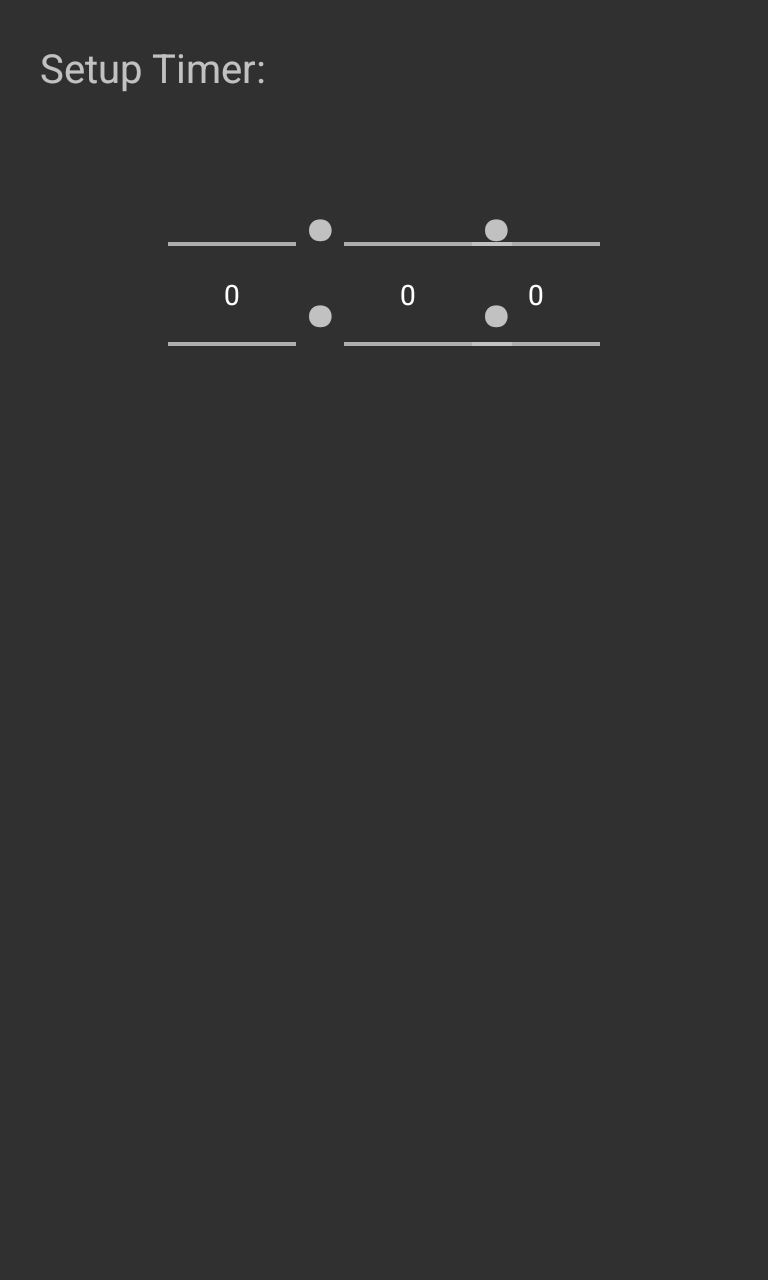
Repository: deanzaka/Shroom-Smart-Terminal
Layout: IOIOShroomST/res/layout/timer.xml
These files come from the project's save history. The layout is drawn as it stood at one moment and after the next save; the edit follows.
It is drawn on a 768 x 1280 px phone screen (xhdpi) without system bars, with theme Theme.AppCompat; the app's code is not run.

Above is the layout before, as saved 2014-11-18 10:18:02.

### IOIOShroomST/res/layout/timer.xml
<?xml version="1.0" encoding="utf-8"?>
<LinearLayout xmlns:android="http://schemas.android.com/apk/res/android"
    android:orientation="vertical"
    android:layout_width="fill_parent"
    android:layout_height="fill_parent">

    <TextView
        android:layout_width="wrap_content"
        android:layout_height="wrap_content"
        android:text="@string/timer_setup_label"
        android:textSize="20sp"
        android:paddingTop="20dp"
        android:paddingLeft="20dp"/>

    <RelativeLayout
	    android:layout_width="fill_parent"
	    android:layout_height="wrap_content"
	    android:gravity="center_horizontal"
	    android:paddingTop="10dp">

	    <NumberPicker
		    android:id="@+id/userHour"
		    android:layout_width="wrap_content"
		    android:layout_height="wrap_content" />

	    <TextView
	        android:id="@+id/sep1"
	        android:layout_width="wrap_content"
	        android:layout_height="wrap_content"
	        android:text=":"
	        android:textSize="100sp"
	        android:layout_toRightOf="@id/userHour"/>

	    <NumberPicker
		    android:id="@+id/userMin"
		    android:layout_width="wrap_content"
		    android:layout_height="wrap_content"
		    android:layout_toRightOf="@id/sep1"/>

	    <TextView
	        android:id="@+id/sep2"
	        android:layout_width="wrap_content"
	        android:layout_height="wrap_content"
	        android:text=":"
	        android:textSize="100sp"
	        android:layout_toRightOf="@id/userMin"/>

	    <NumberPicker
		    android:id="@+id/userSec"
		    android:layout_width="wrap_content"
		    android:layout_height="wrap_content"
		    android:paddingLeft="20dp"
		    android:layout_toRightOf="@id/userMin"/>

	</RelativeLayout>

</LinearLayout>

### IOIOShroomST/res/values/strings.xml
<?xml version="1.0" encoding="utf-8"?>
<resources>

    <string name="app_name">Shroom - Smart Outlet</string>
    <string name="terminal_1">Plug 1</string>
    <string name="terminal_2">Plug 2</string>
    <string name="terminal_3">Plug 3</string>
    <string name="lamp">Lamp</string>
    <string name="light_label">Light intensity: </string>
    <string name="light_setup_label">Light setup: </string>
    <string name="temp_label">Temperature: </string>
    <string name="temp_setup_label">Temperature setup: </string>
    <string name="timer_setup_label">Setup Timer: </string>
    <string name="cel_label">celcius</string>
    <string name="lux_label">lux</string>
    <string name="auto_label">Auto Mode</string>
    <string name="action_sensors">Sensors</string>
    <string name="action_settings">Setting</string>
    <string name="action_timer">Timer</string>
    <string name="yes_answer">Yes</string>
    <string name="no_answer">No</string>
    <string name="title_activity_settings">Settings</string>
    <string name="hello_world">Hello world!</string>
    <string name="title_activity_sensors">Sensors</string>
    <string name="light_sensor">Light</string>
    <string name="temp_sensor">Temp</string>
    <string name="timer">Timer</string>
    <string name="title_activity_timer">Timer</string>

</resources>

After the next save:
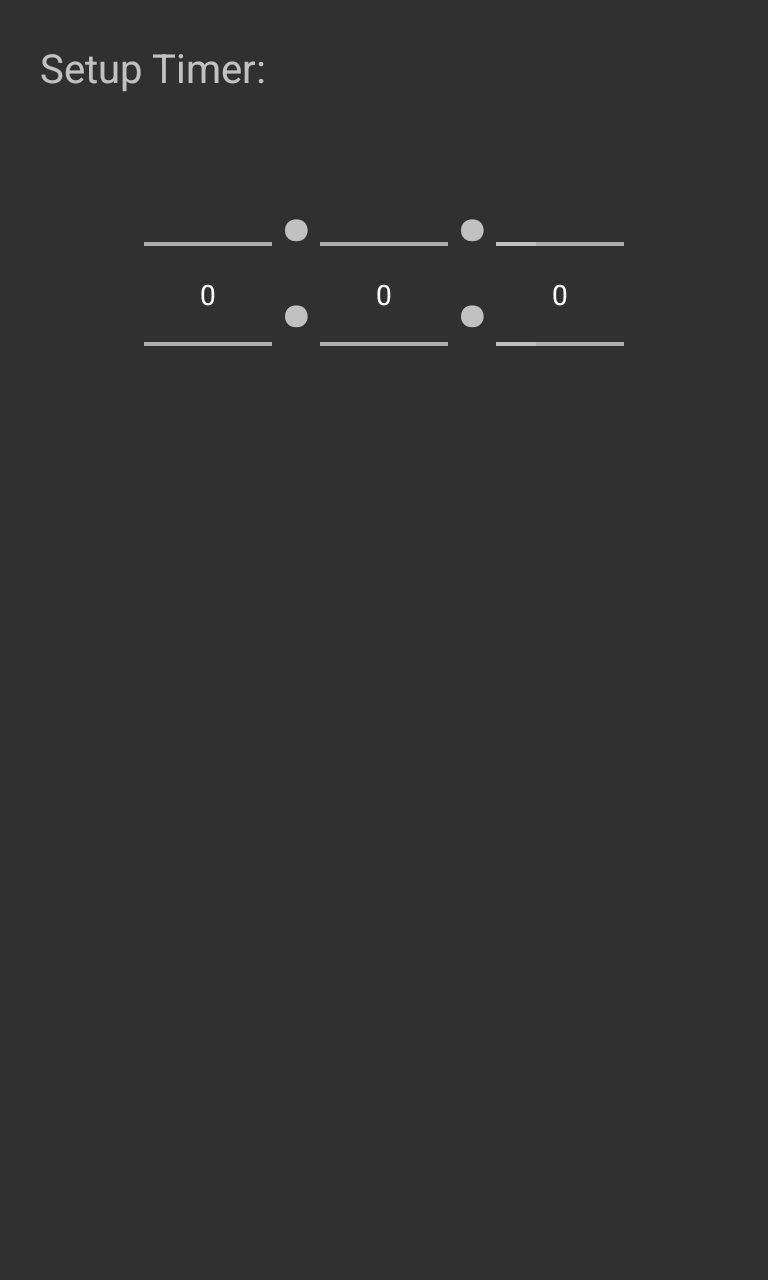
Saved 8 s later.
--- a/IOIOShroomST/res/layout/timer.xml
+++ b/IOIOShroomST/res/layout/timer.xml
@@ -50,7 +50,7 @@
 		    android:layout_width="wrap_content"
 		    android:layout_height="wrap_content"
 		    android:paddingLeft="20dp"
-		    android:layout_toRightOf="@id/userMin"/>
+		    android:layout_toRightOf="@id/sep2"/>
 
 	</RelativeLayout>
 
